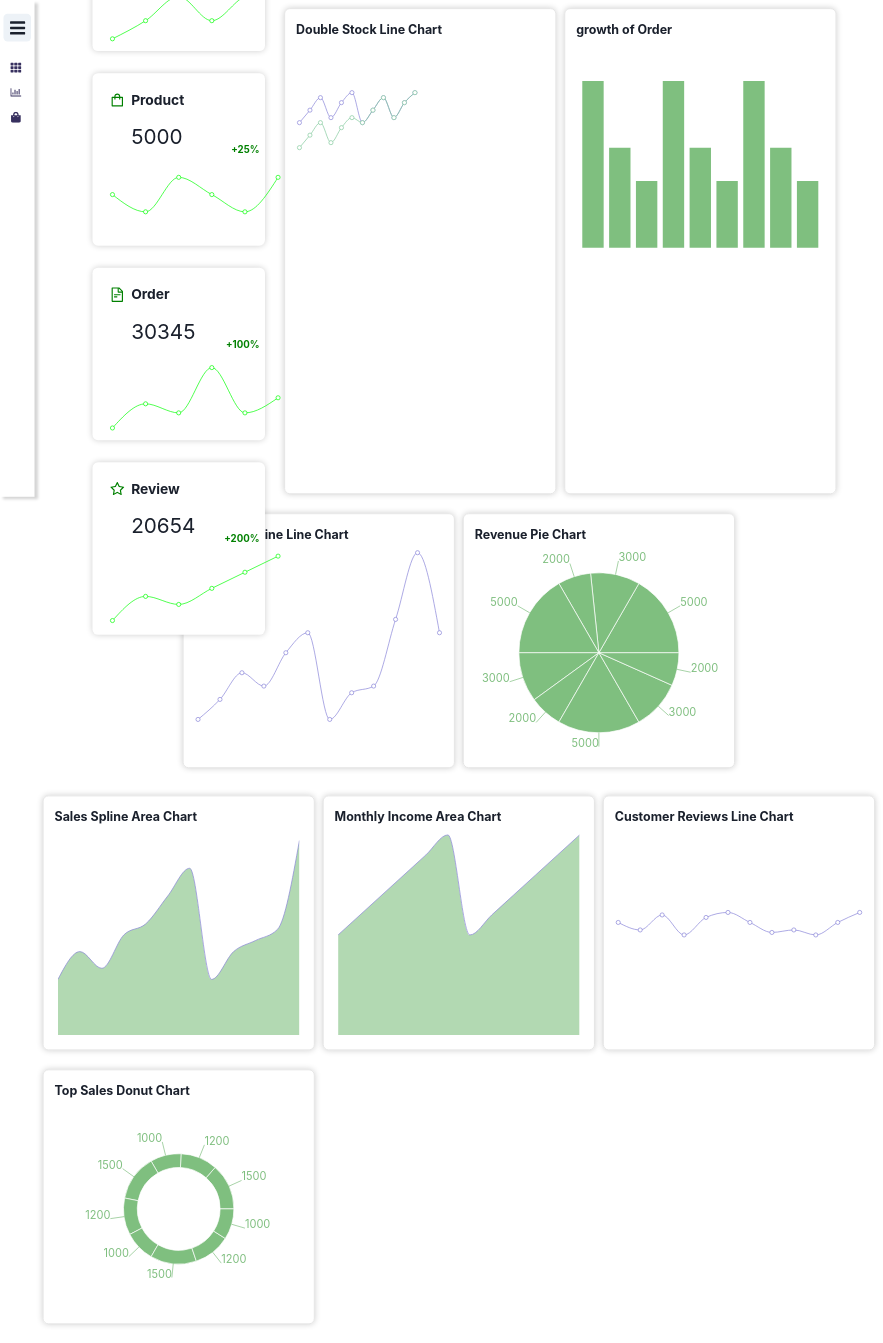
Repository: Andarg01/chakra-dashboard
Page: /analytics
An editor plug-in stored every save of this project. The page is shown before and after the next save, followed by the edit.
The browser window is 1280 px wide. The pictures show the whole page, at 69% of full size.
The project was rebuilt for these pictures with package versions that can differ from the ones it lists, and the page was loaded fresh each time. Also part of the build but not shown: src/components/ProductModal.tsx, src/components/ProductTable.tsx, src/pages/ProductList.tsx, src/components/Dashboard.tsx.

Above is the page before, as saved 2024-03-12 23:35:37.

### src/index.tsx
import React from 'react';
import ReactDOM from 'react-dom/client';
import './index.css';
import App from './App';

import { ChakraProvider } from '@chakra-ui/react';


const root = ReactDOM.createRoot(
  document.getElementById('root') as HTMLElement
);
root.render(

  <React.StrictMode>
  <ChakraProvider>
    <App />
    </ChakraProvider>
  </React.StrictMode>

);

### src/App.tsx
import React from 'react'
import ProductList from './pages/ProductList'
import Dashboard from './components/Dashboard'
import Sidebar from './components/Sidebar';
import Analytics from './pages/Analytics';
import { BrowserRouter, Route, Routes } from 'react-router-dom';
const App = () => {
  return (
    <div>
    <BrowserRouter>
    <Sidebar>
      <Routes>
      <Route path="/" element={<Dashboard />}/>
      <Route path="/dashboard" element={<Dashboard />}/>
      <Route path="/analytics" element={<Analytics  />} />
      <Route path="/product" element={<ProductList />}/>

      </Routes>
    </Sidebar>
  </BrowserRouter>
    </div>
  )
}

export default App





















// import React from 'react';
// import { BrowserRouter, Route, Routes } from 'react-router-dom';
// import Sidebar from './components/Sidebar';

// import Dashboard from './pages/Dashboard'

// import Analytics from './pages/AnalyticsPage'

// import ProductList from './ProductList';
// import './App.css';


// // import { ChakraProvider } from '@chakra-ui/react';

// type SaleData = {
//   date: string;
//   amount: number;
// };

// type RevenueData = {
//   month: string;
//   revenue: number;
// };

// const App: React.FC = () => {
//   const saleData: SaleData[] = [
//     { date: '2022-01-01', amount: 100 },
//     { date: '2022-01-02', amount: 150 },
//     { date: '2022-01-03', amount: 200 },
//     { date: '2022-01-04', amount: 120 },
//     { date: '2022-01-05', amount: 180 },
//     { date: '2022-01-06', amount: 90 },
//     { date: '2022-01-07', amount: 110 },
//     { date: '2022-01-08', amount: 130 },
//     { date: '2022-01-09', amount: 170 },
//     { date: '2022-01-10', amount: 160 },
//   ];

//   const revenueData: RevenueData[] = [
//     { month: 'January', revenue: 500 },
//     { month: 'February', revenue: 700 },
//     { month: 'March', revenue: 600 },
//     { month: 'April', revenue: 800 },
//     { month: 'May', revenue: 900 },
//     { month: 'June', revenue: 750 },
//     { month: 'July', revenue: 850 },
//     { month: 'August', revenue: 950 },
//     { month: 'September', revenue: 700 },
//     { month: 'October', revenue: 850 },
//   ];

//   return (
//     // <ChakraProvider>
//       <div>
//         <BrowserRouter>
//           <Sidebar>
//             <Routes>
//               <Route path="/" element={<Dashboard saleData={saleData} revenueData={revenueData} />} />
//               <Route path="/dashboard" element={<Dashboard saleData={saleData} revenueData={revenueData} />} />

//               <Route path="/analytics" element={<Analytics />} />
//               <Route path="/product" element={<ProductList />} />

//             </Routes>
//           </Sidebar>
//         </BrowserRouter>
//       </div>
//     {/* </ChakraProvider> */}
//   );
// };

// export default App;

### src/components/Sidebar.tsx




import React, { useState } from 'react';
import {
  FaTh,
  FaBars,
  FaShoppingBag,
  FaRegChartBar,
} from 'react-icons/fa';

import { NavLink } from 'react-router-dom';
import { Box, IconButton, Text, Flex } from '@chakra-ui/react';

interface MenuItem {
  path: string;
  name: string;
  icon: JSX.Element;
}

const Sidebar: React.FC<React.PropsWithChildren<{}>> = ({ children }) => {
  const [isOpen, setIsOpen] = useState(false);

  const toggle = () => setIsOpen(!isOpen);

  const menuItems: MenuItem[] = [
    {
      path: '/',
      name: 'Dashboard',
      icon: <FaTh />,
    },
    {
      path: '/analytics',
      name: 'Analytics',
      icon: <FaRegChartBar />,
  },
    {
      path: '/product',
      name: 'Product',
      icon: <FaShoppingBag />,
    },
  ];

  return (
    <Flex>
      <Box
        width={isOpen ? '200px' : '50px'}
        bg="#fff"
        boxShadow="5px 5px 4px rgb(212, 212, 212)"
        color="#000"
        height="100vh"
        transition="all 0.5s"
        overflowX="hidden"
      >
        <Flex
          className="top_section"
          direction="column"
          align="center"
          justify="center"
          p="20px 15px"
        >
          <Text fontSize={isOpen ? '30px' : '0'} className="logo">
            Logo
          </Text>
          <IconButton
            marginLeft={isOpen ? '50px' : '0px'}
            className="bars"
            fontSize="25px"
            aria-label="Toggle Sidebar"
            icon={<FaBars />}
            onClick={toggle}
          />
        </Flex>
        {menuItems.map((item, index) => (
          <NavLink to={item.path} key={index} className="link">
            <Flex
              p="10px 15px"
              color="#37305F"
              _hover={{ bgColor: '#37305F', color: '#fff', margin: '10px', borderRadius: '10px' }}
              _active={{ bgColor: '#37305F', color: '#fff', margin: '10px', borderRadius: '10px' }}
            >
              <Box className="icon" marginRight="3">
                {item.icon}
              </Box>
              <Text
                display={isOpen ? 'block' : 'none'}
                className="link_text text-sm"
                marginLeft="3"
              >
                {item.name}
              </Text>
            </Flex>
          </NavLink>
        ))}
      </Box>
      <Box flex="1">{children}</Box>
    </Flex>
  );
};

export default Sidebar;

### src/components/AnalyticalCard.tsx
// FullAnalyticsPage.tsx
import React from 'react';
import { Box, Text, Flex, useColorModeValue } from '@chakra-ui/react';
import { LineChart, Line, Tooltip } from 'recharts';
import { AiOutlineShop, AiOutlineShopping, AiOutlineFileText, AiOutlineStar } from 'react-icons/ai';

interface AnalyticsCardProps {
  title: string;
  value: number;
  data: { name: string; value: number }[];
  icon: React.ReactElement;
}

const AnalyticsCard: React.FC<AnalyticsCardProps> = ({ title, value, data, icon }) => {
  const cardBgColor = useColorModeValue('white', 'gray.800');

  // Calculate the percentage change
  const percentageChange = data.length > 1 ? ((data[data.length - 1].value - data[0].value) / data[0].value) * 100 : 0;
  const isIncreasing = percentageChange >= 0;

  return (
    <Box
      bgColor={cardBgColor}
      p={6}
      borderRadius="lg"
      boxShadow="xl"
      width="250px"
      height="250px" // Set height to one-third of the original height
      display="flex"
      flexDirection="column"
      margin="4"
      position="relative" // Add position relative for absolute positioning of percentage
    >
      <Flex align="center" mb={4}>
        {React.cloneElement(icon, { color: 'green' })} {/* Set icon color to green */}
        <Text fontSize="xl" fontWeight="bold" ml={2}>
          {title}
        </Text>
      </Flex>
      <Text fontSize="3xl" fontWeight="normal" mb={4} pl={8}>
        {value}
      </Text>
      <Flex flex="1" direction="column" justify="flex-end">
        <LineChart width={250} height={150} data={data}>
          <Line
            type="monotone"
            dataKey="value"
            stroke="#00ff00" // Set stroke to green
            isAnimationActive={false} // Disable animation to hide the rectangle background
          />
          <Tooltip isAnimationActive={false} /> {/* Hide tooltips */}
        </LineChart>
      </Flex>
      <Box
        position="absolute"
        top="100px"
        right="8px"
        fontSize="sm"
        fontWeight="bold"
        color={isIncreasing ? 'green' : 'red'}
      >
        {`${isIncreasing ? '+' : '-'}${Math.abs(percentageChange.toFixed(2))}%`}
      </Box>
    </Box>
  );
};

const FullAnalyticsPage: React.FC = () => {
  // Data for each card
  const shopData = [
    { name: 'Jan', value: 5 },
    { name: 'Feb', value: 8 },
    { name: 'Mar', value: 12 },
    { name: 'apr', value: 8 },
    { name: 'jun', value: 12 },
    { name: 'jula', value: 13 },
    // Add more data points as needed
  ];

  const productData = [
    { name: 'Jan', value: 20 },
    { name: 'Feb', value: 15 },
    { name: 'Mar', value: 25 },
    { name: 'apr', value: 20 },
    { name: 'jun', value: 15 },
    { name: 'jula', value: 25 },
    // Add more data points as needed
  ];

  const orderData = [
    { name: 'Jan', value: 10 },
    { name: 'Feb', value: 18 },
    { name: 'Mar', value: 15 },
    { name: 'apr', value: 30 },
    { name: 'jun', value: 15 },
    { name: 'jula', value: 20 },
    // Add more data points as needed
  ];

  const reviewData = [
    { name: 'Jan', value: 4 },
    { name: 'Feb', value: 7 },
    { name: 'Mar', value: 6 },
    { name: 'apr', value: 8 },
    { name: 'jun', value: 10 },
    { name: 'jula', value: 12 },
    // Add more data points as needed
  ];

  return (
    <Flex justify="center" align="center" height="100vh">
      <Flex direction="column" align="center"> {/* Changed direction to column */}
        <AnalyticsCard title="Shop" value={10000} data={shopData} icon={<AiOutlineShop size={24} />} />
        <AnalyticsCard title="Product" value={5000} data={productData} icon={<AiOutlineShopping size={24} />} />
        <AnalyticsCard title="Order" value={30345} data={orderData} icon={<AiOutlineFileText size={24} />} />
        <AnalyticsCard title="Review" value={20654} data={reviewData} icon={<AiOutlineStar size={24} />} />
      </Flex>
    </Flex>
  );
};

export default FullAnalyticsPage;



// // FullAnalyticsPage.tsx
// import React from 'react';
// import { Box, Text, Flex, useColorModeValue } from '@chakra-ui/react';
// import { LineChart, Line, Tooltip } from 'recharts';
// import { AiOutlineShop, AiOutlineShopping, AiOutlineFileText, AiOutlineStar } from 'react-icons/ai';

// interface AnalyticsCardProps {
//   title: string;
//   value: number;
//   data: { name: string; value: number }[];
//   icon: React.ReactElement;
// }

// const AnalyticsCard: React.FC<AnalyticsCardProps> = ({ title, value, data, icon }) => {
//   const cardBgColor = useColorModeValue('white', 'gray.800');

//   // Calculate the percentage change
//   const percentageChange = data.length > 1 ? ((data[data.length - 1].value - data[0].value) / data[0].value) * 100 : 0;
//   const isIncreasing = percentageChange >= 0;

//   return (
//     <Box
//       bgColor={cardBgColor}
//       p={6}
//       borderRadius="lg"
//       boxShadow="xl"
//       width="300px"
//       height="250px" // Set height to one-third of the original height
//       display="flex"
//       flexDirection="column"
//       margin="4"
//       position="relative" // Add position relative for absolute positioning of percentage
//     >
//       <Flex align="center" mb={4}>
//         {React.cloneElement(icon, { color: 'green' })} {/* Set icon color to green */}
//         <Text fontSize="xl" fontWeight="bold" ml={2}>
//           {title}
//         </Text>
//       </Flex>
//       <Text fontSize="3xl" fontWeight="normal" mb={4} pl={8}>
//         {value}
//       </Text>
//       <Flex flex="1" direction="column" justify="flex-end">
//         <LineChart width={250} height={150} data={data}>
//           <Line
//             type="monotone"
//             dataKey="value"
//             stroke="#00ff00" // Set stroke to green
//             isAnimationActive={false} // Disable animation to hide the rectangle background
//           />
//           <Tooltip isAnimationActive={false} /> {/* Hide tooltips */}
//         </LineChart>
//       </Flex>
//       <Box
//         position="absolute"
//         top="100px"
//         right="8px"
//         fontSize="sm"
//         fontWeight="bold"
//         color={isIncreasing ? 'green' : 'red'}
//       >
//         {`${isIncreasing ? '+' : '-'}${Math.abs(percentageChange.toFixed(2))}%`}
//       </Box>
//     </Box>
//   );
// };

// const FullAnalyticsPage: React.FC = () => {
//   // Data for each card
//   const shopData = [
//     { name: 'Jan', value: 5 },
//     { name: 'Feb', value: 8 },
//     { name: 'Mar', value: 12 },
//     { name: 'apr', value: 8 },
//     { name: 'jun', value: 12 },
//     { name: 'jula', value: 13 },
//     // Add more data points as needed
//   ];

//   const productData = [
//     { name: 'Jan', value: 20 },
//     { name: 'Feb', value: 15 },
//     { name: 'Mar', value: 25 },
//     { name: 'apr', value: 20 },
//     { name: 'jun', value: 15 },
//     { name: 'jula', value: 25 },
//     // Add more data points as needed
//   ];

//   const orderData = [
//     { name: 'Jan', value: 10 },
//     { name: 'Feb', value: 18 },
//     { name: 'Mar', value: 15 },
//     { name: 'apr', value: 30 },
//     { name: 'jun', value: 15 },
//     { name: 'jula', value: 20 },
//     // Add more data points as needed
//   ];

//   const reviewData = [
//     { name: 'Jan', value: 4 },
//     { name: 'Feb', value: 7 },
//     { name: 'Mar', value: 6 },
//     { name: 'apr', value: 8 },
//     { name: 'jun', value: 10 },
//     { name: 'jula', value: 12 },
//     // Add more data points as needed
//   ];

//   return (
//     <Flex justify="center" align="center" height="50vh">
//       <Flex direction="row" align="center" wrap="wrap">
//         <AnalyticsCard title="Shop" value={10000} data={shopData} icon={<AiOutlineShop size={24} />} />
//         <AnalyticsCard title="Product" value={5000} data={productData} icon={<AiOutlineShopping size={24} />} />
//         <AnalyticsCard title="Order" value={30345} data={orderData} icon={<AiOutlineFileText size={24} />} />
//         <AnalyticsCard title="Review" value={20654} data={reviewData} icon={<AiOutlineStar size={24} />} />
//       </Flex>
//     </Flex>
//   );
// };

// export default FullAnalyticsPage;

Loaded but not shown: public/index.html (common file); src/index.css (common file); src/pages/Analytics.tsx (401 lines, source omitted)

After the next save:
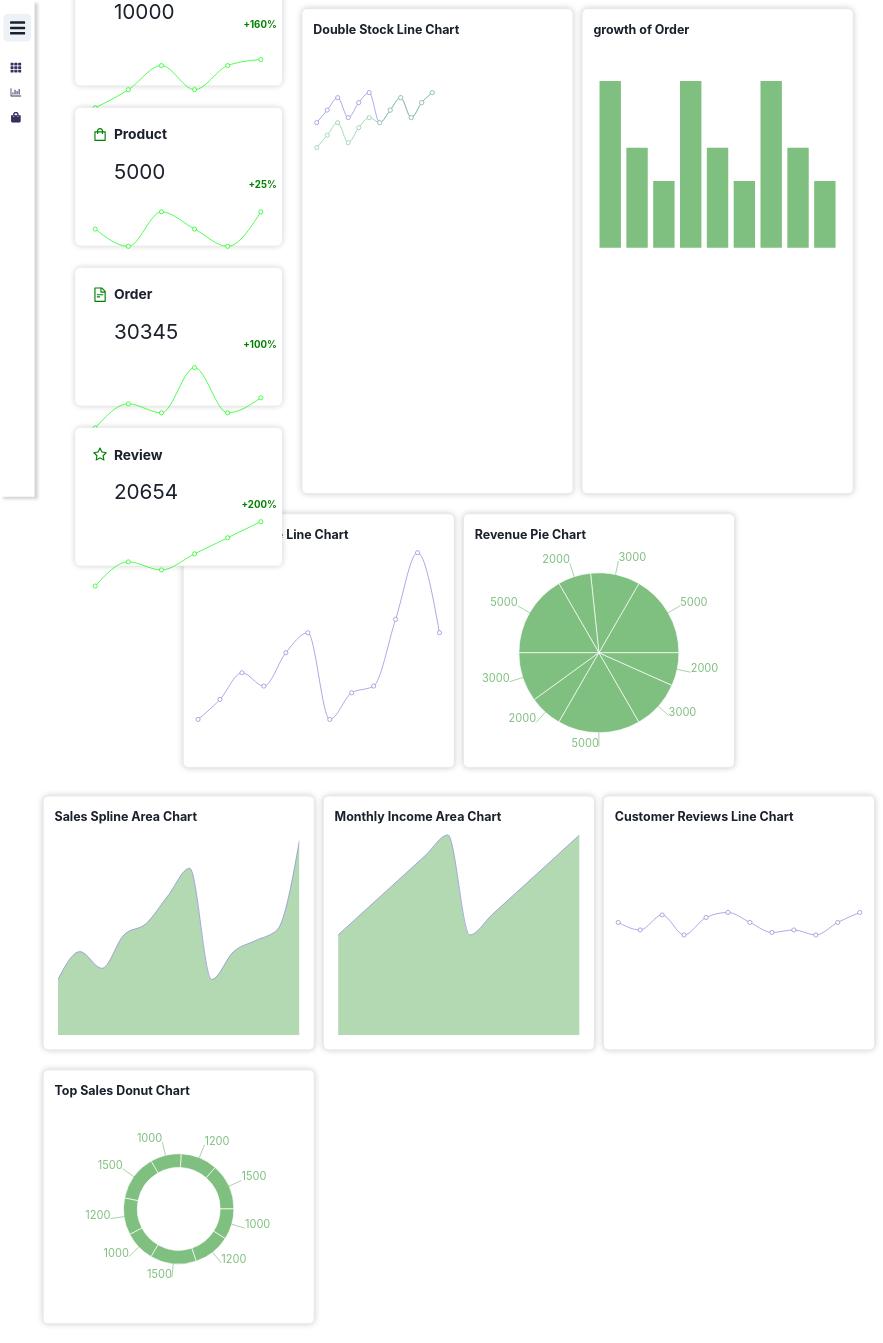
Saved 31 s later.
--- a/src/components/AnalyticalCard.tsx
+++ b/src/components/AnalyticalCard.tsx
@@ -24,8 +24,8 @@ const AnalyticsCard: React.FC<AnalyticsCardProps> = ({ title, value, data, icon
       p={6}
       borderRadius="lg"
       boxShadow="xl"
-      width="250px"
-      height="250px" // Set height to one-third of the original height
+      width="300px"
+      height="200px" // Set height to one-third of the original height
       display="flex"
       flexDirection="column"
       margin="4"
